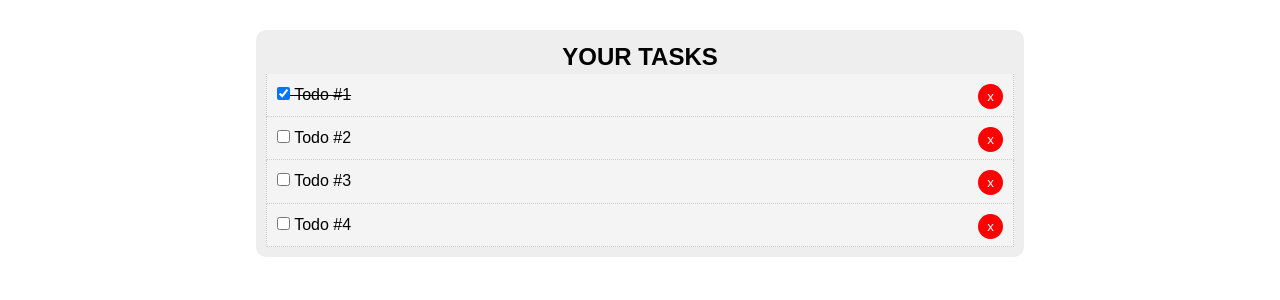
Repository: n0rthern-light/vuejs-taskmanager
Page: /
An editor plug-in stored every save of this project. The page is shown before and after a run of saves, followed by the edit.
The browser window is 1280 px wide. The pictures show the whole page.
The project was rebuilt for these pictures with package versions that can differ from the ones it lists, and the page was loaded fresh each time.

Above is the page before, as saved 2019-02-18 15:38:21.

After the next 2 saves:
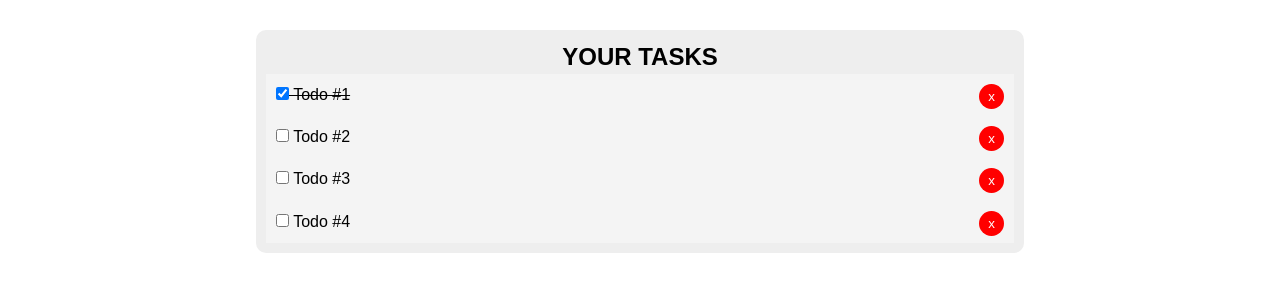
The 2 saves are shown as one change because they came seconds apart.
The last was saved 12 s later.
--- a/src/components/TodoItem.vue
+++ b/src/components/TodoItem.vue
@@ -27,14 +27,8 @@ export default {
   .todo-item {
     background: #f4f4f4;
     padding: 10px;
-    border-bottom: 1px #ccc dotted;
-    border-left: 1px #ccc dotted;
-    border-right: 1px #ccc dotted;
 
 
-  }
-  .todo-item:first {
-      border-right: 1px #ccc dotted;
   }
 
   .is-complete {
